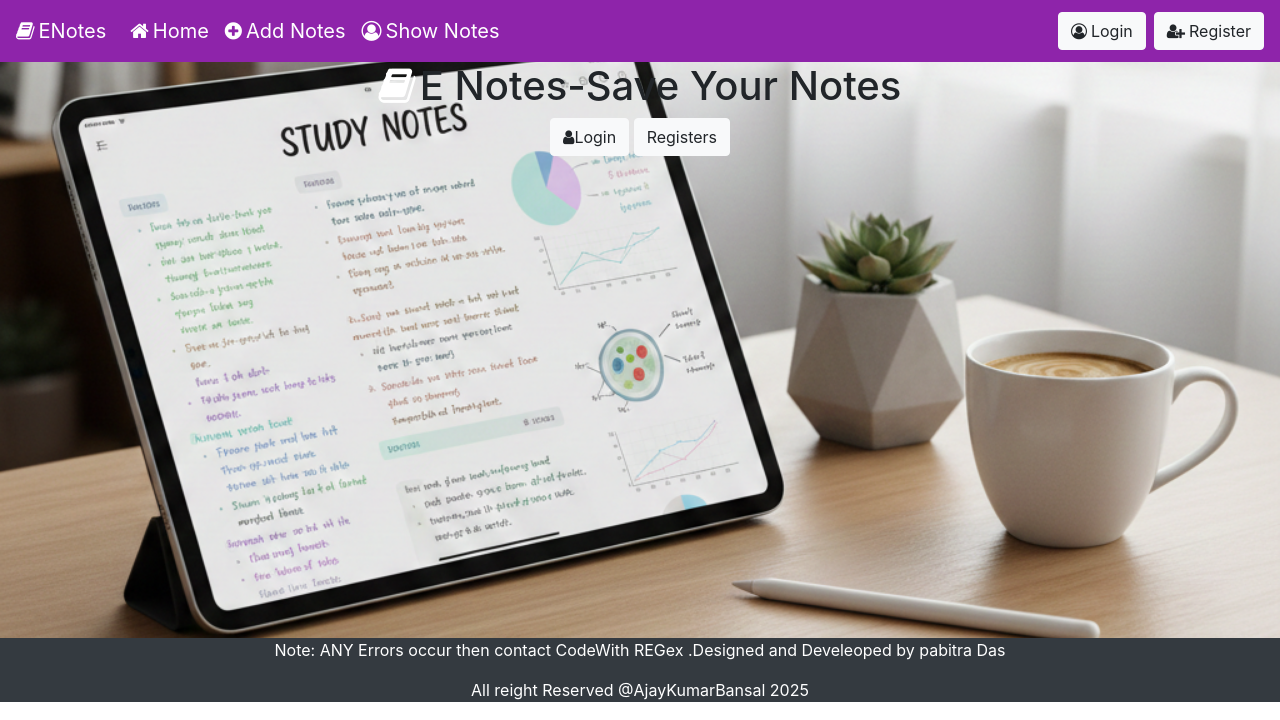
Repository: Bansal140899/eclipse-workspace
Page: http://localhost/ENotesProject/
These files come from the project's save history. The page is drawn as it stood at one moment and after the next save; the edit follows.
The browser window is 1280 px wide. The pictures show the whole page.
The page is served by Tomcat 9.

Above is the page before, as saved 2025-12-21 21:33:21.

After the next save:
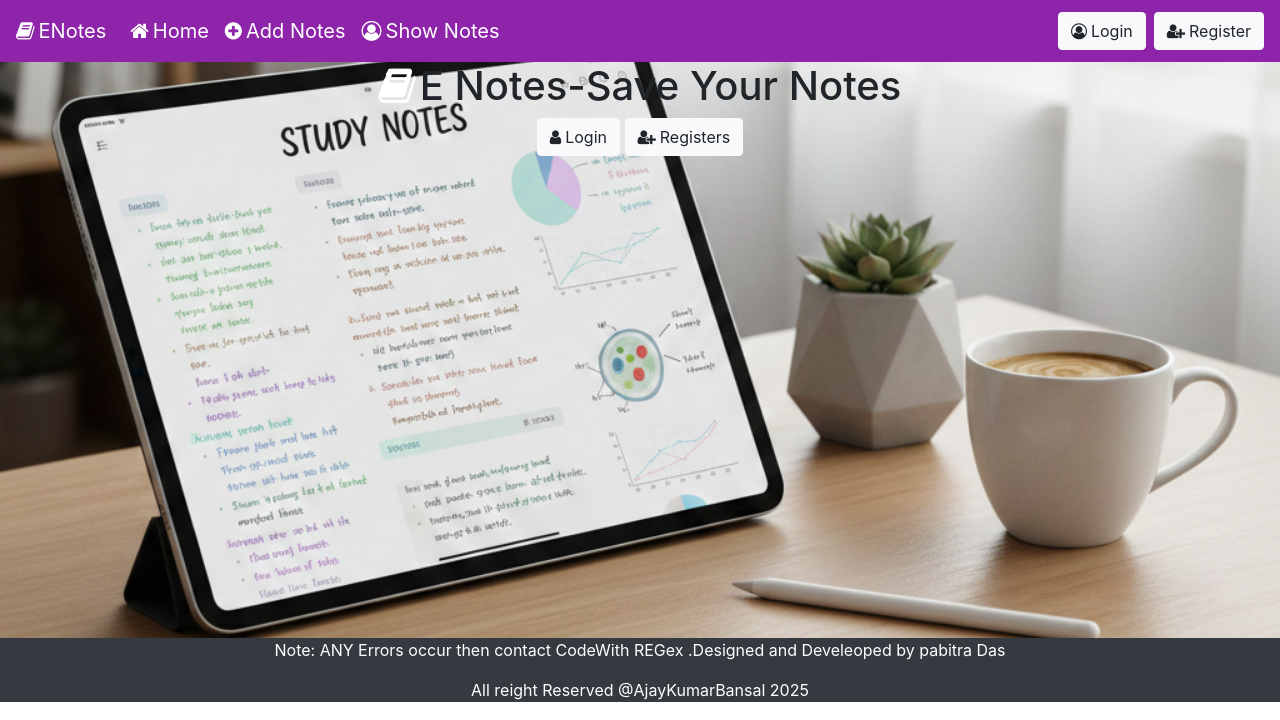
Saved 59 s later.
--- a/ENotesProject/src/main/webapp/index.jsp
+++ b/ENotesProject/src/main/webapp/index.jsp
@@ -22,8 +22,8 @@ background-repeat: no-repeat;   /* repeat band */
 	<div class="container-fluid back-img">
 	<div class=  "text-center">
 	<h1><i class="fa fa-book text-white mr-1" aria-hidden="true"></i>E Notes-Save Your Notes</h1>
-    <a href="login.jsp" class="btn btn-light"><i class="fa fa-user" aria-hidden="true"></i>Login</a>
-	<a href="register.jsp" class="btn btn-light">Registers</a>
+    <a href="login.jsp" class="btn btn-light"><i class="fa fa-user mr-1" aria-hidden="true"></i>Login</a>
+	<a href="register.jsp" class="btn btn-light"><i class="fa fa-user-plus mr-1" aria-hidden="true"></i>Registers</a>
 	</div>
 
 	</div>
